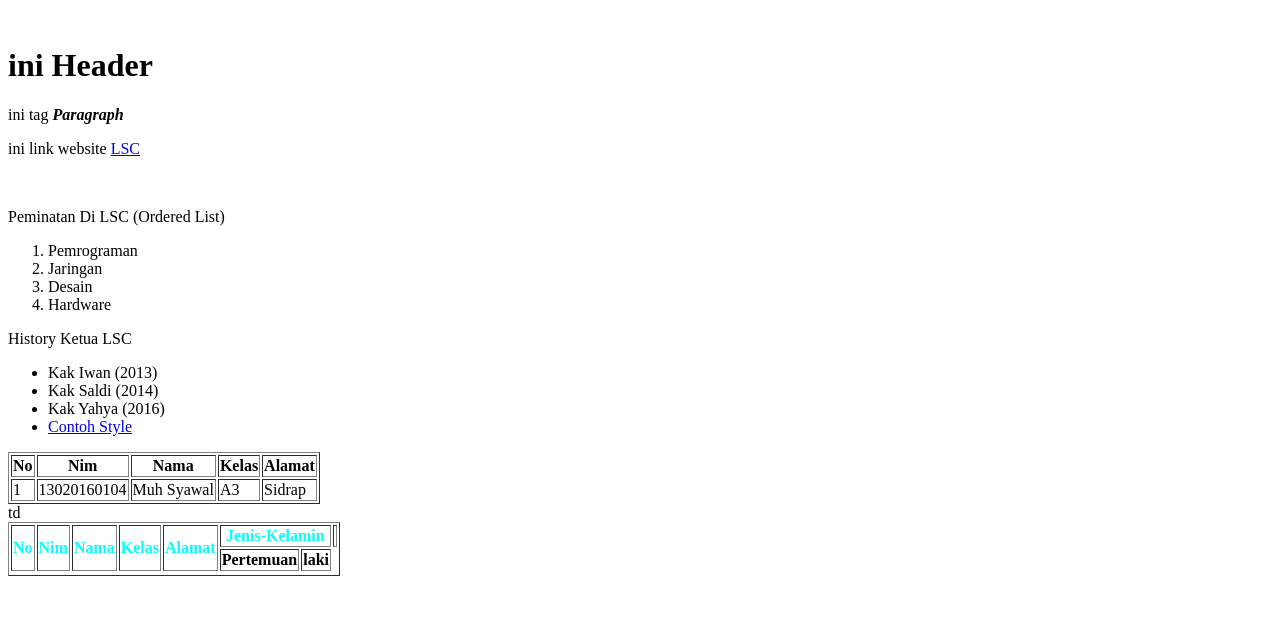
Repository: syawal2kalii/HelloWorld
Page: basichtml.htm
The author's editor kept a copy of each file at every save. The page is drawn from the files as they stood at one save, then again after the next save.
The browser window is 1280 px wide. The pictures show the whole page.

Above is the page before, as saved 2019-11-17 11:46:40.

### basichtml.htm

<!--
Pertemuan 4
Overview
    Struktur Dasar
    Struktur Tag
        *Tag,Atribute,Property
    Berkenalan Dengan Beberapa Tag
        *header
        *Paragraph
        *Text Style (Bold,italic,font)
        *a
        *image
        *list
        *Table (colspan & Rowspan)
        *input
        *form
        *link import
    Dimensi dari setiap tag (block,inline)
    Studi Case : login,register,table user (No Style)

     -->

<!DOCTYPE html>
<html lang="en">
<head>
    <meta charset="UTF-8">
    <meta name="viewport" content="width=device-width, initial-scale=1.0">
    <meta http-equiv="X-UA-Compatible" content="ie=edge">
    <title>Basic HTML (Pertemuan 5)</title>
</head>
<body>
    <!-- tag atribute value
        global -> style,class (https://www.w3.org/TR/2010/WD-html-markup-20101019/global-attributes.html)
        local -> src
    -->

    <img src="" alt="">
    <h1>ini Header</h1>
    <p>ini tag <b><i>Paragraph</i></b></p>
    <p>ini link website <a href="http://www.lscumi.info.tm">LSC</a> </p>
    <img src="" alt="">
   <p> Peminatan Di LSC (Ordered List) </p>
    <ol>
        <li>Pemrograman</li>
        <li>Jaringan</li>
        <li>Desain</li>
        <li>Hardware</li>
    </ol>

    <p>History Ketua LSC</p>
    <ul>
        <li>Kak Iwan (2013)</li>
        <li>Kak Saldi (2014)</li>
        <li>Kak Yahya (2016)</li>
        <li><a href="https://www.w3schools.com/html/html_lists.asp">Contoh Style</a></li>
    </ul>

    <table border="1"> <!-- tag pembuka -->
        <tr> <!-- table row -->
            <th>No</th> <!-- table Head -->
            <th>Nim</th>
            <th>Nama</th>
            <th>Kelas</th>
            <th>Alamat</th>
        </tr>
        <tr>
            <td>1</td> <!-- table Data -->
            <td>13020160104</td> <!-- table Data -->
            <td>Muh Syawal</td> <!-- table Data -->
            <td>A3</td> <!-- table Data -->
            <td>Sidrap</td> <!-- table Data -->
        </tr>
    </table> <!-- tag penutup -->

    <table border="1">

        <tr style="color: aqua;">
            <th rowspan="2">No</th>
            <th rowspan="2">Nim</th>
            <th rowspan="2">Nama</th>
            <th rowspan="2">Kelas</th>
            <th rowspan="2">Alamat</th>
            <th colspan="2">Jenis-Kelamin</th>
            <th></th>
        </tr>

        <tr>
               <th>Pertemuan</td>
               <th>laki</td>

        </tr>
        <tr>
            td
        </tr>
    </table>

    <!-- <link rel="stylesheet" href="lscumi.info.tm">Ini link ke website LSC -->


</body>


</html>

<!-- kemungkinan Error
    1.tag a tanpa http
    2.Margin di Css
-->

After the next save:
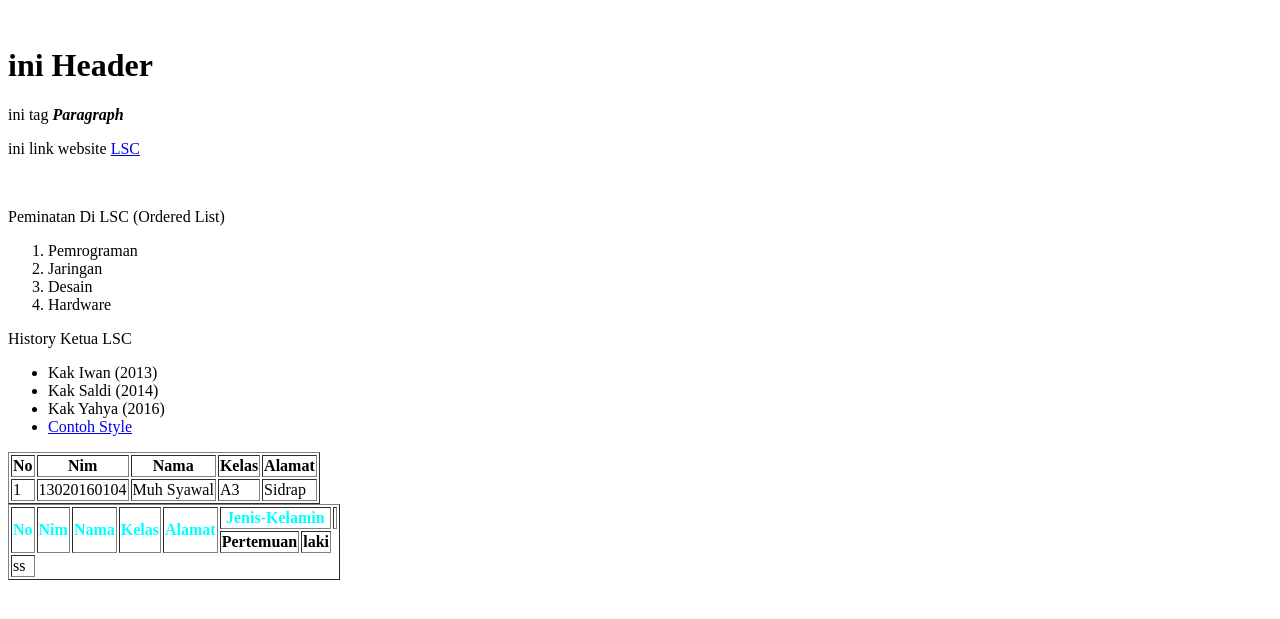
Saved 9 s later.
--- a/basichtml.htm
+++ b/basichtml.htm
@@ -91,7 +91,7 @@ Overview
 
         </tr>
         <tr>
-            td
+            <td>ss</td>
         </tr>
     </table>
 
